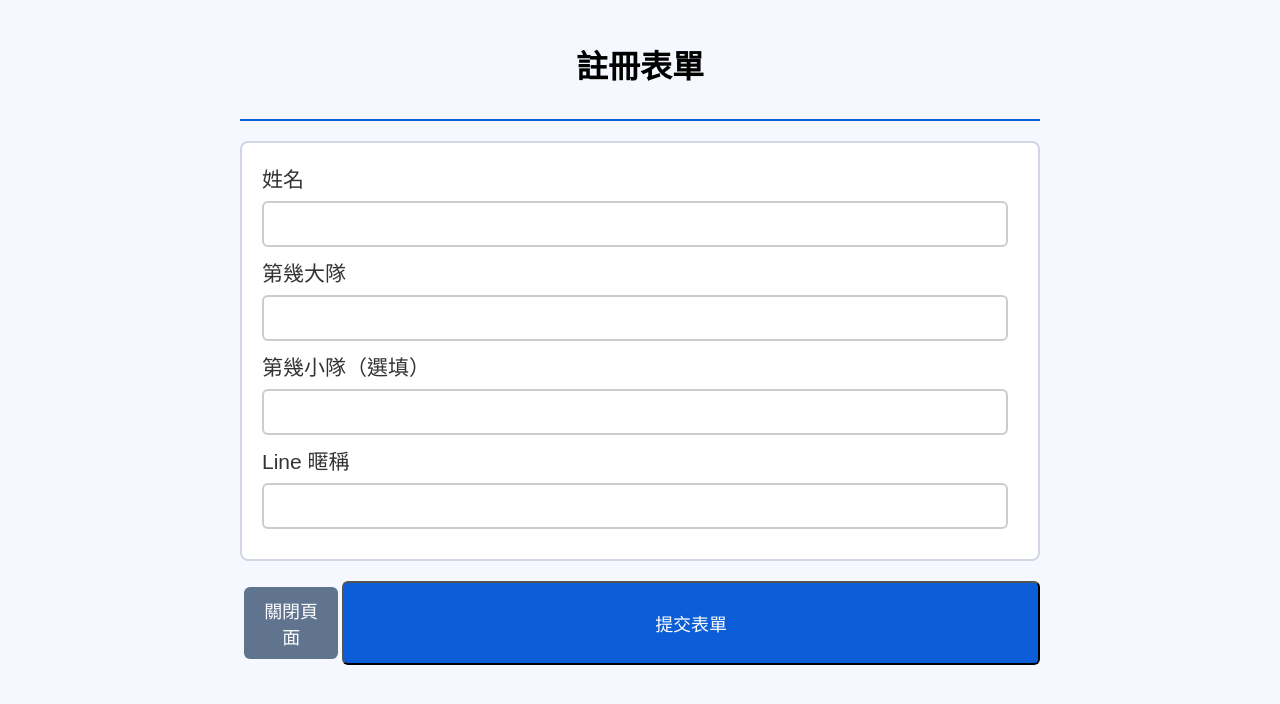
Repository: mommygoose40/register
Page: index.html
These files come from the project's save history. The page is drawn as it stood at one moment and after the next save; the edit follows.
The browser window is 1280 px wide. The pictures show the whole page.

Above is the page before, as saved 2025-11-11 16:20:03.

After the next save:
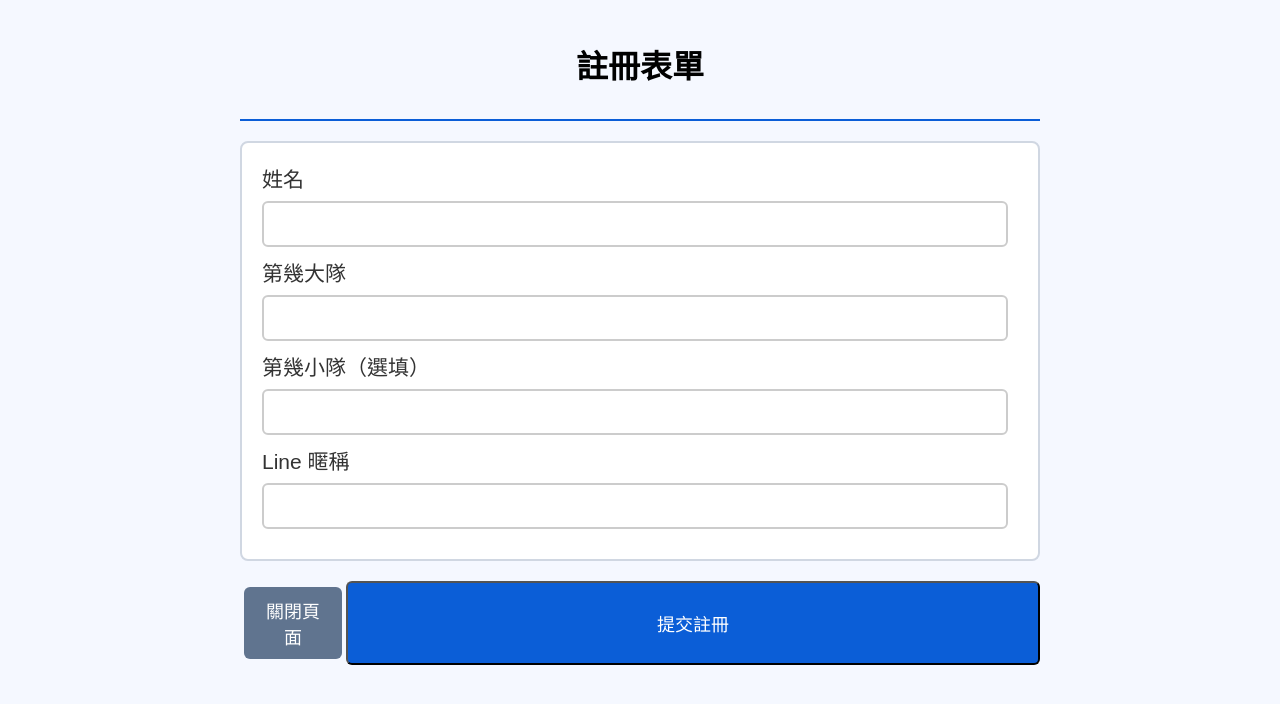
Saved 6 min 1 s later.
--- a/index.html
+++ b/index.html
@@ -70,7 +70,7 @@
       display: inline-flex;
       align-items: center;
       justify-content: center;
-      padding: 10px 16px;  /* 減少按鈕的間距，讓它看起來不那麼大 */
+      padding: 10px 18px;          /* 減少按鈕的間距，讓它看起來不那麼大 */
       margin: 6px 4px;             /* 按鈕外邊距 */
       background: #0b5ed7;         /* 藍色按鈕背景顏色 */
       color: #fff;                 /* 文字顏色 */
@@ -130,7 +130,7 @@
     <!-- 按鈕區域 -->
     <div style="display: flex; justify-content: space-between;">
       <button class="ui-btn gray" onclick="window.close()">關閉頁面</button>
-      <button class="submit-btn" type="submit" onclick="submitForm()">提交表單</button>
+      <button class="submit-btn" type="submit" onclick="submitForm()">提交註冊</button>
     </div>
   </div>
 
@@ -141,28 +141,21 @@
       const team = document.getElementById('team').value;
       const lineName = document.getElementById('lineName').value;
 
-      const formData = new FormData();
-      formData.append('姓名', name);       // 使用中文鍵名
-      formData.append('大隊', division);   // 使用中文鍵名
-      formData.append('小隊', team);       // 使用中文鍵名
-      formData.append('Line暱稱', lineName);  // 使用中文鍵名
-
-      fetch('https://script.google.com/macros/s/AKfycbywyP0GiL3xSz5sOEptSGQIKCjPYzUU1GMwM2aUQtJe3eCY9KIV-d21kbnIAUh6e_7m/exec', {
-        method: 'POST',
-        body: formData
-      })
-      .then(response => response.json())
-      .then(data => {
-        if (data.status === 'success') {
-          showMessage('提交成功！註冊結果請等候管理員確認');
-        } else {
+      const url = `https://script.google.com/macros/s/AKfycbwT66A1PBzl0UAt_EUto63SGI27ThJr_uQFc9m3IMLQnGirgyTm9e83LpChEwJwkGJD/exec?姓名=${encodeURIComponent(name)}&大隊=${encodeURIComponent(division)}&小隊=${encodeURIComponent(team)}&Line%20暱稱=${encodeURIComponent(lineName)}`;
+
+      fetch(url)
+        .then(response => response.json())
+        .then(data => {
+          if (data.status === 'success') {
+            showMessage('提交成功！註冊結果請等候管理員確認');
+          } else {
+            showMessage('提交失敗，請稍後再試');
+          }
+        })
+        .catch(error => {
+          console.error('Error:', error);
           showMessage('提交失敗，請稍後再試');
-        }
-      })
-      .catch(error => {
-        console.error('Error:', error);
-        showMessage('提交失敗，請稍後再試');
-      });
+        });
     }
 
 function showMessage(text, onConfirm) {
